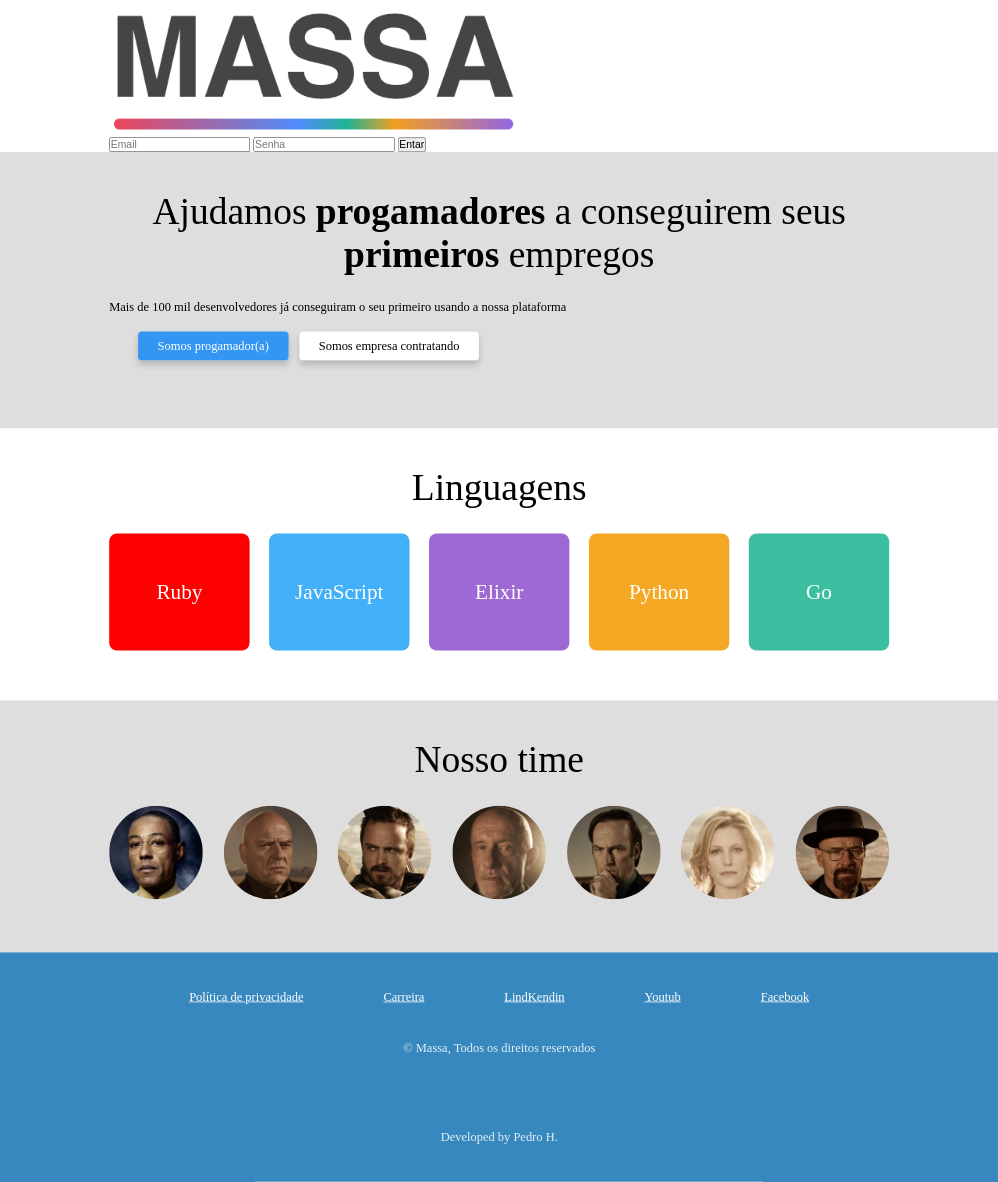
Repository: luizgaivaa/ProjetoSite
Page: index.html
These files come from the project's save history. The page is drawn as it stood at one moment and after the next save; the edit follows.
The browser window is 1280 px wide. The pictures show the whole page, at 78% of full size.

Above is the page before, as saved 2024-03-19 13:18:23.

After the next save:
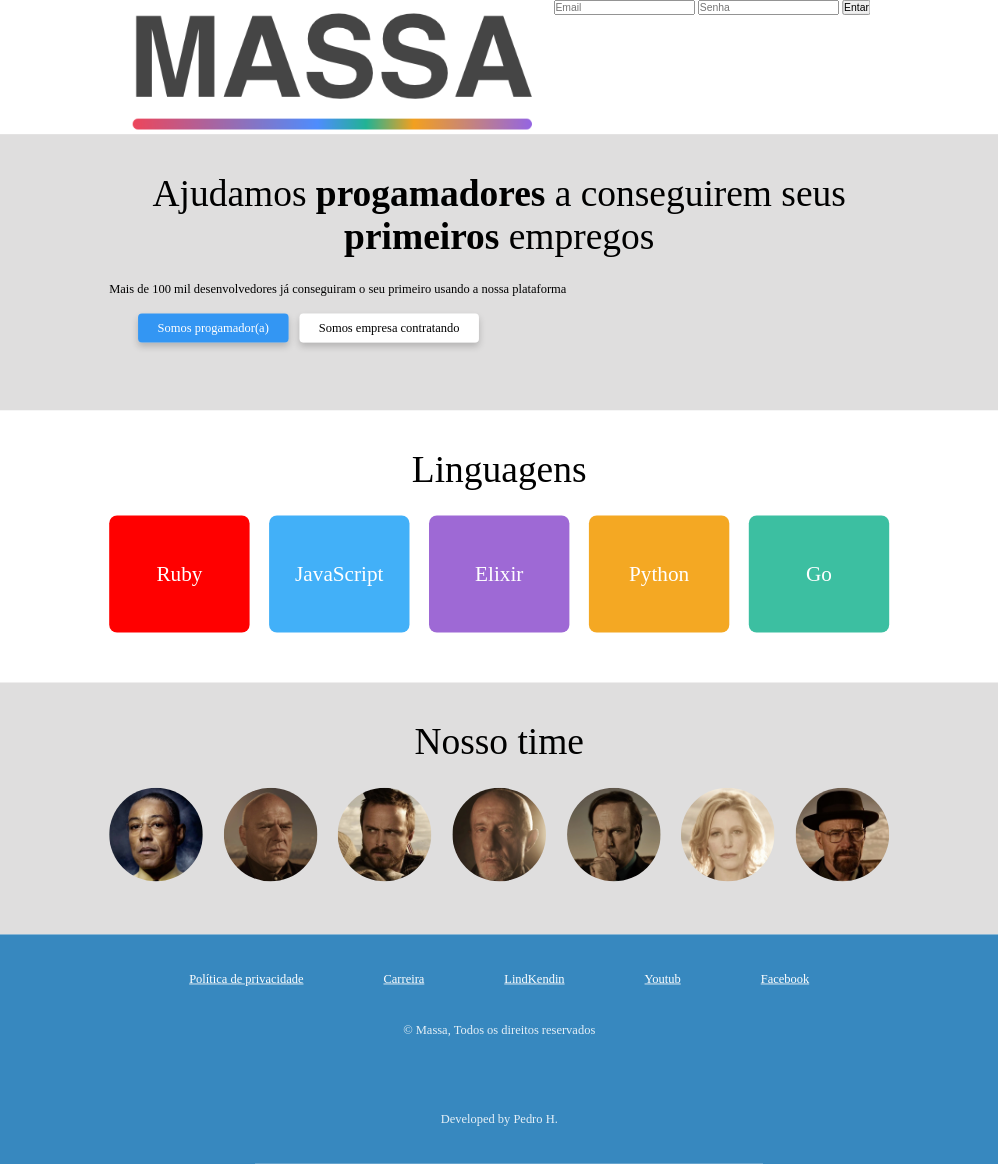
Saved 11 s later.
--- a/style.css
+++ b/style.css
@@ -216,7 +216,7 @@
     text-align: center;
    }
 
-   header{
+   header div{
     display: flex;
     justify-content: space-evenly;
     padding: 2 rem;
